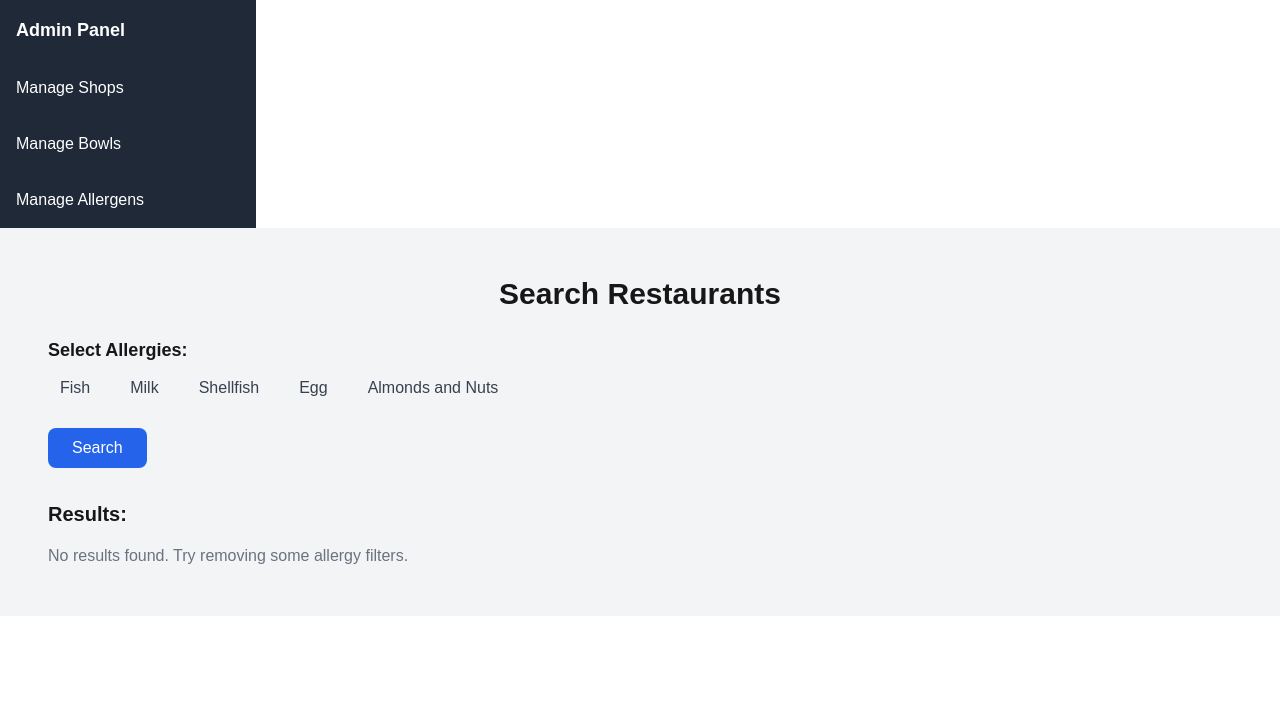
Repository: komuro-zero/ramen_dashboard
Page: /
These files come from the project's save history. The page is drawn as it stood at one moment and after a run of saves; the edit follows.
The browser window is 1280 px wide. The pictures show the whole page.
The project was rebuilt for these pictures with package versions that can differ from the ones it lists, and the page was loaded fresh each time. The framework's server and built-in components were replaced by stand-ins that run in the browser. Also part of the build but not shown: next.config.ts.

Above is the page before, as saved 2025-01-20 22:36:42.

### app/layout.tsx
import "./globals.css";
import Sidebar from "@/components/Sidebar";

export const metadata = {
  title: "Ramen Dashboard",
  description: "Filter restaurants and manage ramen information",
};

export default function RootLayout({
  children,
}: {
  children: React.ReactNode;
}) {
  return (
    <html lang="en">
      <body className="flex">
        <Sidebar />
        <main className="flex-1 p-6 bg-gray-100">{children}</main>
      </body>
    </html>
  );
}

### app/page.tsx
"use client";

import { useState } from "react";

export default function SearchPage() {
  const [allergies, setAllergies] = useState<string[]>([]);
  const [results, setResults] = useState<any[]>([]);

  const allergyOptions = ["Fish", "Milk", "Shellfish", "Egg", "Almonds and Nuts"];

  const toggleAllergy = (allergy: string) => {
    setAllergies((prev) =>
      prev.includes(allergy) ? prev.filter((a) => a !== allergy) : [...prev, allergy]
    );
  };

  const fetchResults = async () => {
    try {
      const response = await fetch(`/api/search?allergies=${allergies.join(",")}`);
      const data = await response.json();
      setResults(data);
    } catch (error) {
      console.error("Error fetching results:", error);
    }
  };

  const isShopUnavailable = (ramenBowls: any[]) => {
    return ramenBowls.every((bowl) =>
      bowl.allergens.some((allergen: any) => allergies.includes(allergen.name))
    );
  };

  return (
    <div className="p-6">
      <h1 className="text-3xl font-bold mb-6 text-center">Search Restaurants</h1>

      <div className="mb-6">
        <h2 className="text-lg font-semibold mb-2">Select Allergies:</h2>
        <div className="flex flex-wrap gap-4">
          {allergyOptions.map((allergy) => (
            <button
              key={allergy}
              onClick={() => toggleAllergy(allergy)}
              className={`px-3 py-1 rounded-lg cursor-pointer
                ${allergies.includes(allergy)
                  ? "bg-blue-600 text-white"
                  : "bg-gray-100 text-gray-700"
                }
                hover:bg-blue-500 hover:text-white`}
            >
              {allergy}
            </button>
          ))}
        </div>
      </div>

      <button
        onClick={fetchResults}
        className="px-6 py-2 bg-blue-600 text-white rounded-lg hover:bg-blue-700"
      >
        Search
      </button>

      <div className="mt-8">
        <h2 className="text-xl font-semibold mb-4">Results:</h2>
        {results.length > 0 ? (
          <div className="grid grid-cols-1 md:grid-cols-2 lg:grid-cols-3 gap-6">
            {results.map((shop) => {
              const unavailable = isShopUnavailable(shop.ramen);
              return (
                <div
                  key={shop.id}
                  className={`border rounded-lg shadow-md p-4 bg-white ${unavailable ? "opacity-50" : ""
                    }`}
                >
                  <h3 className="text-lg font-bold mb-2">
                    {shop.name} {unavailable && "🚫"}
                  </h3>
                  <p className="text-gray-500 mb-4">{shop.address}</p>
                  <h4 className="text-md font-semibold mb-2">Ramen Bowls:</h4>
                  <ul className="space-y-2">
                    {shop.ramen.map((bowl) => (
                      <li
                        key={bowl.id}
                        className={`p-2 rounded-lg ${bowl.allergens.some((allergen: any) =>
                          allergies.includes(allergen.name)
                        )
                          ? "bg-red-100 text-red-600"
                          : "bg-green-100 text-green-600"
                          }`}
                      >
                        <div className="font-medium">{bowl.name}</div>
                        {bowl.allergens.length > 0 && (
                          <div className="text-sm">
                            Allergens: {bowl.allergens.map((a) => a.name).join(", ")}
                          </div>
                        )}
                        {bowl.allergens.length === 0 && (
                          <div className="text-sm">No allergens 🎉</div>
                        )}
                      </li>
                    ))}
                  </ul>
                </div>
              );
            })}
          </div>
        ) : (
          <p className="text-gray-500">No results found. Try removing some allergy filters.</p>
        )}
      </div>
    </div>
  );
}

### app/globals.css
@tailwind base;
@tailwind components;
@tailwind utilities;

/* Default light mode */
:root {
  --background: #ffffff;
  --foreground: #171717;
}

/* Dark mode overrides */
body.dark {
  height: 100%;
  margin: 0;
  --background: #0a0a0a;
  --foreground: #ededed;
}

body {
  height: 100%;
  margin: 0;
  background: var(--background);
  color: var(--foreground);
  font-family: Arial, Helvetica, sans-serif;
}

html body {
  display: flex;
  flex-direction: column;
}

### components/Sidebar.tsx
import Link from "next/link";

export default function Sidebar() {
    return (
        <div className="w-64 h-full bg-gray-800 text-white flex flex-col">
            <h2 className="text-lg font-bold p-4">Admin Panel</h2>
            <nav className="flex flex-col">
                <Link href="/manage/shops" className="p-4 hover:bg-gray-700">
                    Manage Shops
                </Link>
                <Link href="/manage/bowls" className="p-4 hover:bg-gray-700">
                    Manage Bowls
                </Link>
                <Link href="/manage/allergens" className="p-4 hover:bg-gray-700">
                    Manage Allergens
                </Link>
            </nav>
        </div>
    );
}

Loaded but not shown: tailwind.config.ts (common file)

After the next 2 saves:
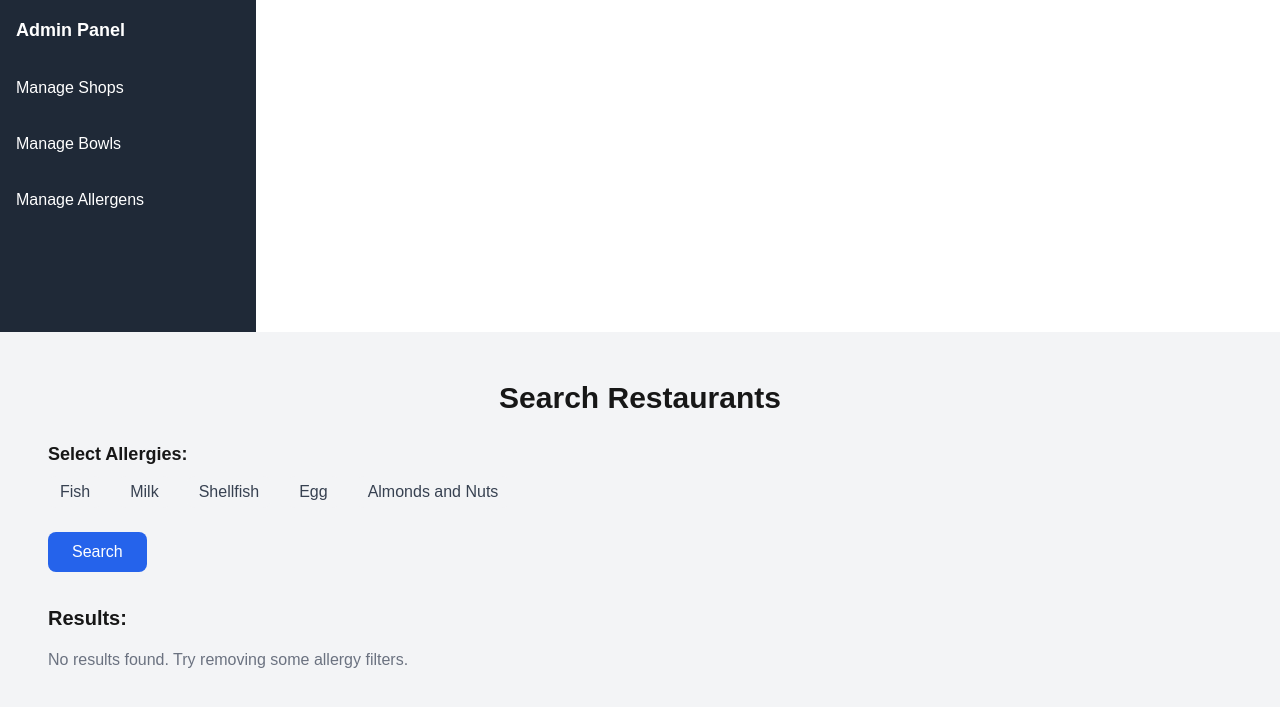
The 2 saves are shown as one change because 1 did not build or start.
The last was saved 35 s later.
--- a/app/globals.css
+++ b/app/globals.css
@@ -10,21 +10,23 @@
 
 /* Dark mode overrides */
 body.dark {
-  height: 100%;
-  margin: 0;
   --background: #0a0a0a;
   --foreground: #ededed;
 }
 
 body {
-  height: 100%;
-  margin: 0;
   background: var(--background);
   color: var(--foreground);
   font-family: Arial, Helvetica, sans-serif;
 }
 
-html body {
+html,
+body {
+  height: 100%;
+  margin: 0;
+}
+
+body {
   display: flex;
   flex-direction: column;
 }
